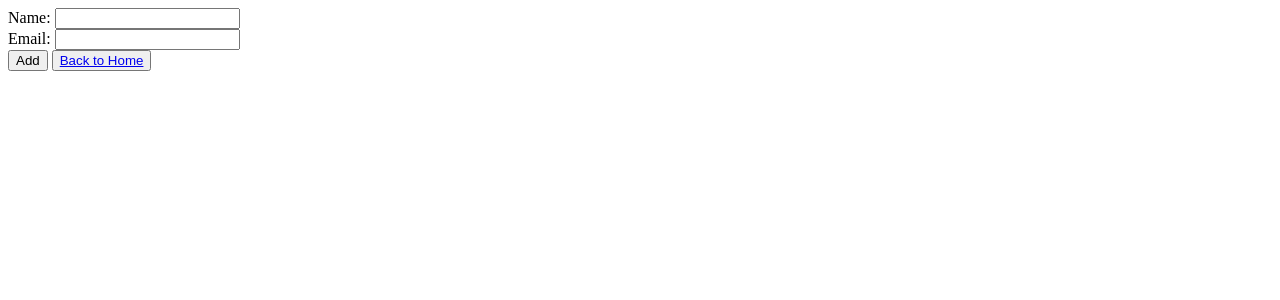
Repository: 2001Yogi/JavaWebAssignment
Page: http://localhost/JSPCRUD/add.jsp
These files come from the project's save history. The page is drawn as it stood at one moment and after the next save; the edit follows.
The browser window is 1280 px wide. The pictures show the whole page.
The page is served by Tomcat 9.

Above is the page before, as saved 2024-09-18 12:06:39.

After the next save:
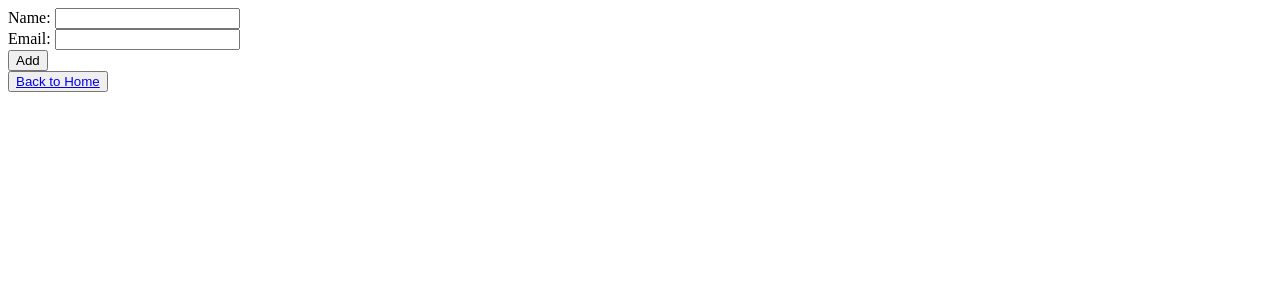
Saved 37 s later.
--- a/JSPCRUD/src/main/webapp/add.jsp
+++ b/JSPCRUD/src/main/webapp/add.jsp
@@ -34,7 +34,8 @@
     Name: <input type="text" name="name"><br>
     Email: <input type="text" name="email"><br>
     <input type="submit" value="Add">
-    <button><a href="index.jsp">Back to Home</a></button>
+
 </form>
+<button><a href="index.jsp">Back to Home</a></button>
 </body>
 </html>
